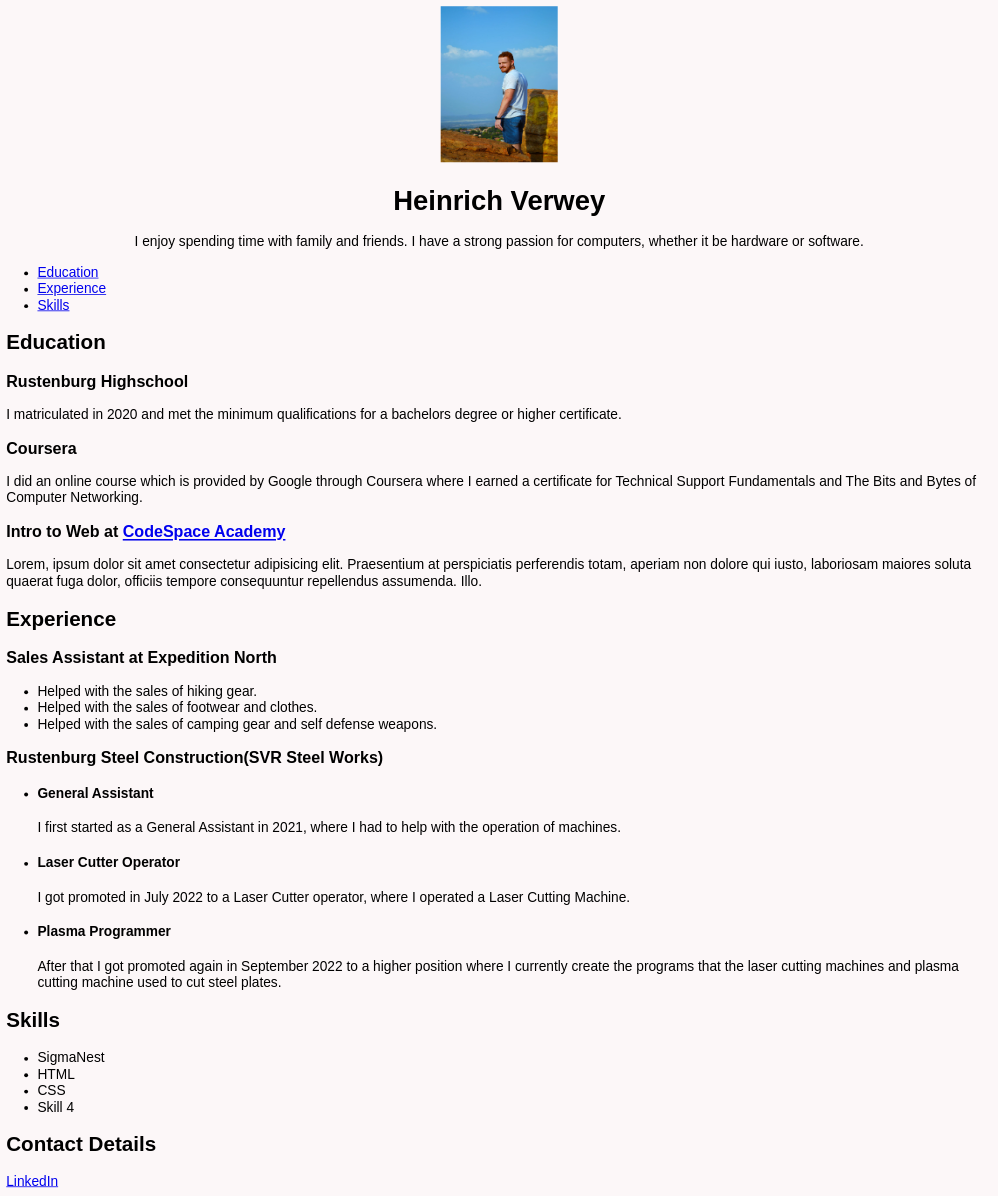
Repository: W3asl3y/IntroToWebDesign
Page: index.html
The author's editor kept a copy of each file at every save. The page is drawn from the files as they stood at one save, then again after the next save.
The browser window is 1280 px wide. The pictures show the whole page, at 78% of full size.

Above is the page before, as saved 2022-10-19 22:36:11.

After the next save:
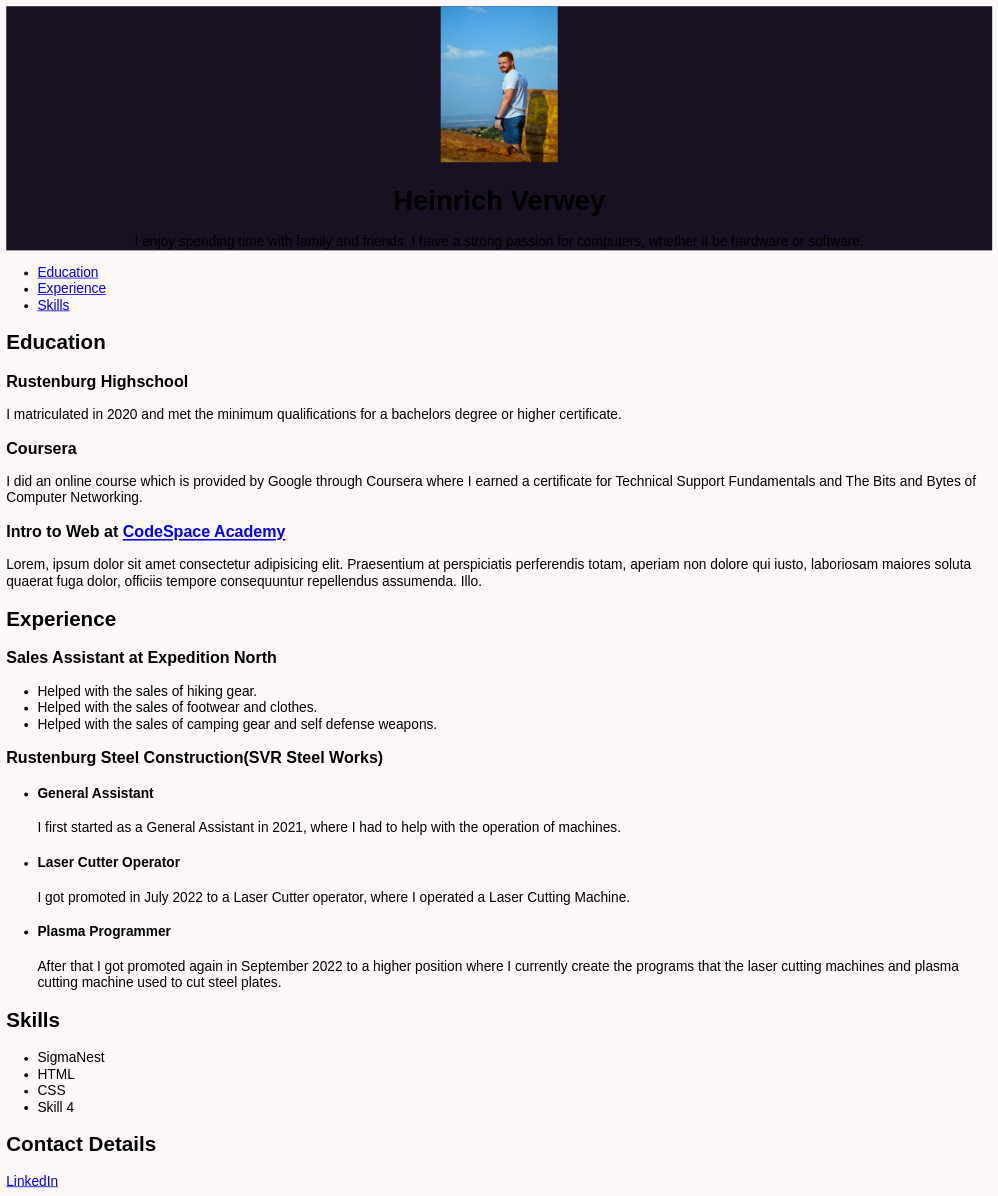
Saved 10 s later.
--- a/CSS/stylesheet.css
+++ b/CSS/stylesheet.css
@@ -6,7 +6,7 @@ body{
 
 header {
   text-align: center;
-  background-color: #181122, 33%, 10%);
+  background-color: #181122;
 }
 
 footer {
